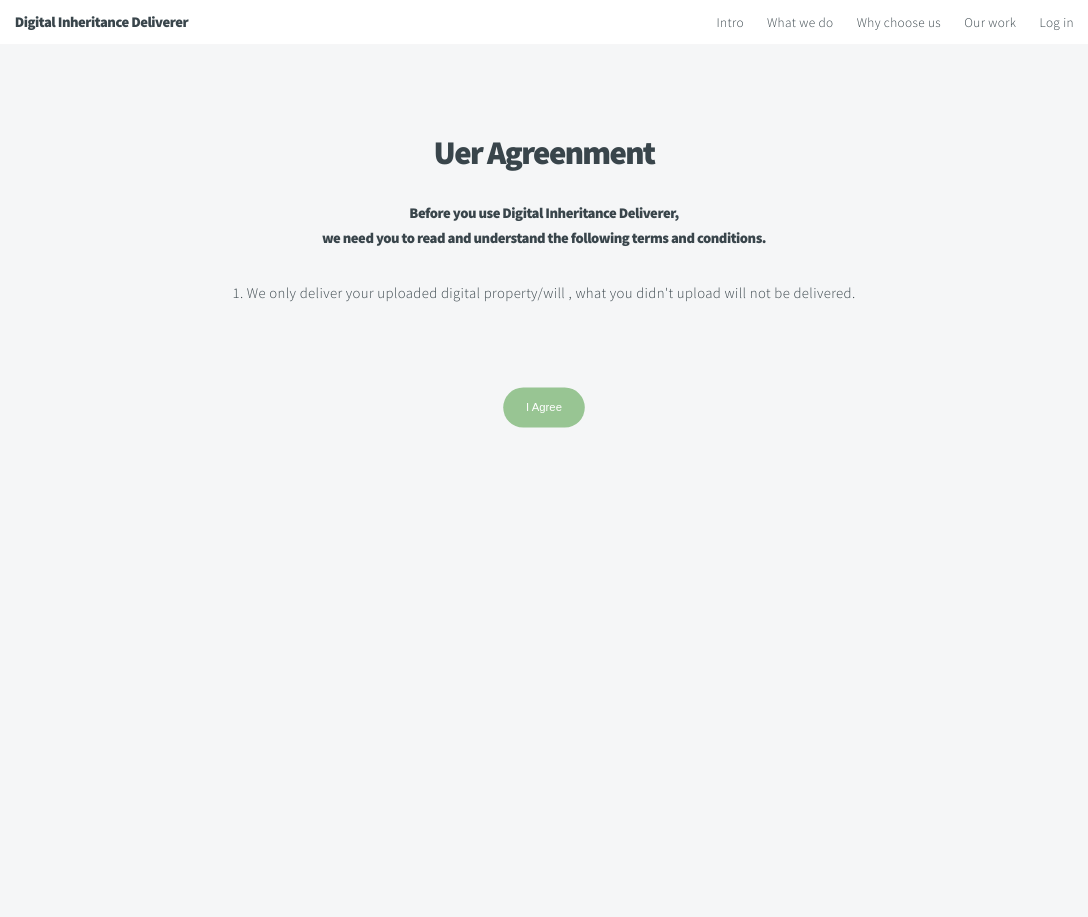
Repository: 1mocat/DID-blockchain-project
Page: Digital_I_D/app/src/UserAgreement.html
An editor plug-in stored every save of this project. The page is shown before and after the next save, followed by the edit.
The browser window is 1280 px wide. The pictures show the whole page, at 85% of full size.

Above is the page before, as saved 2023-09-26 22:06:40.

After the next save:
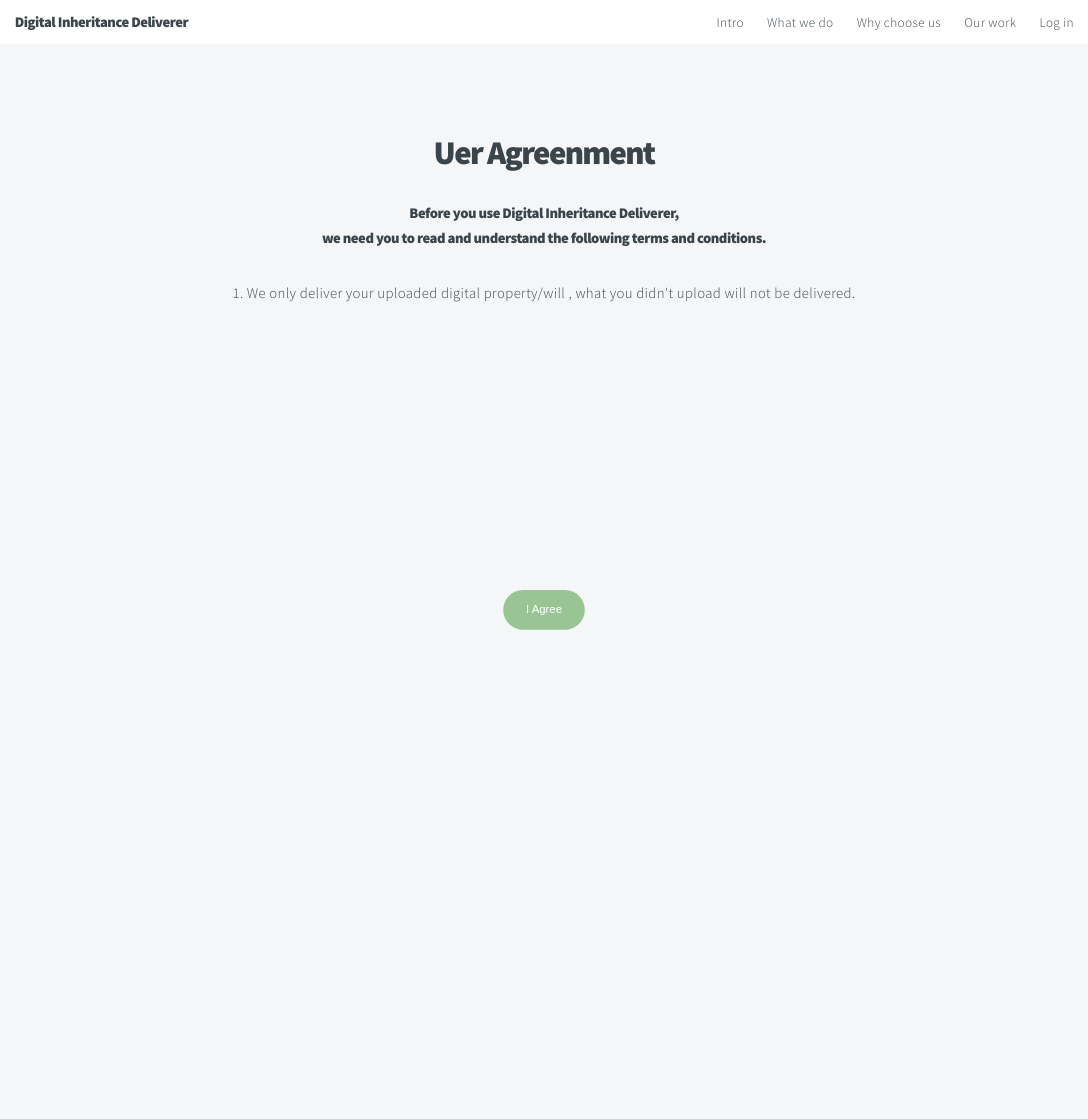
Saved 5 s later.
--- a/Digital_I_D/app/src/UserAgreement.html
+++ b/Digital_I_D/app/src/UserAgreement.html
@@ -31,6 +31,11 @@
 						<h3>Before you use Digital Inheritance Deliverer,<br> we need you to read and understand the following terms and conditions.</h3>
 					</header>
 					<p>1. We only deliver your uploaded digital property/will , what you didn't upload will not be delivered.</p><br>
+                    <p></p><br>
+                    <p></p><br>
+                    <p></p><br>
+                    <p></p><br>
+                    <p></p><br>
                     <p></p><br>
 					<a href="UserAgreement.html">
                         <button>I Agree</button>
